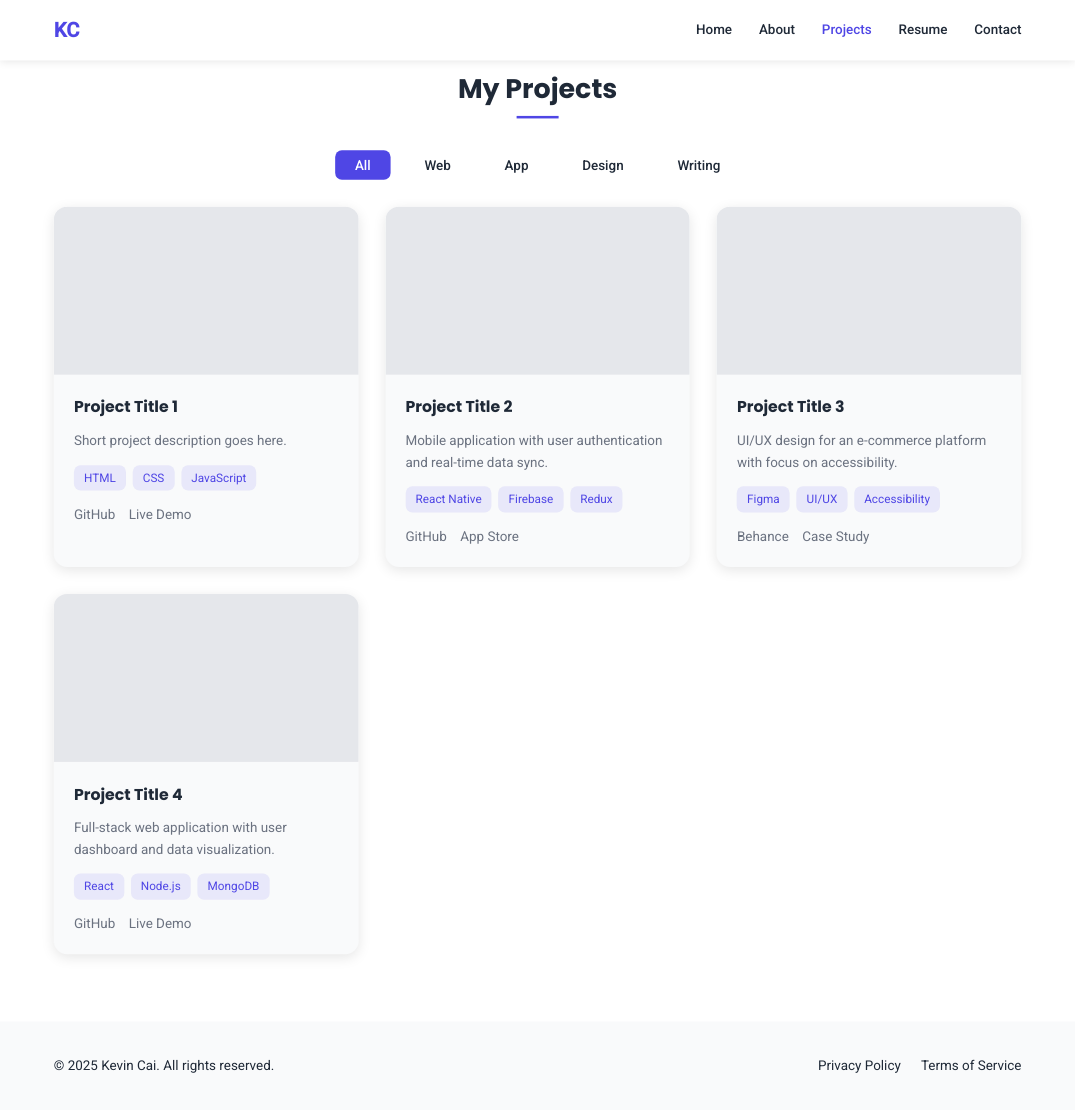
Repository: itskevbo/E-Portfolio
Page: pages/projects.html
An editor plug-in stored every save of this project. The page is shown before and after the next save, followed by the edit.
The browser window is 1280 px wide. The pictures show the whole page, at 84% of full size.

Above is the page before, as saved 2025-04-23 14:24:31.
Console error: ReferenceError: ScrollReveal is not defined

After the next save:
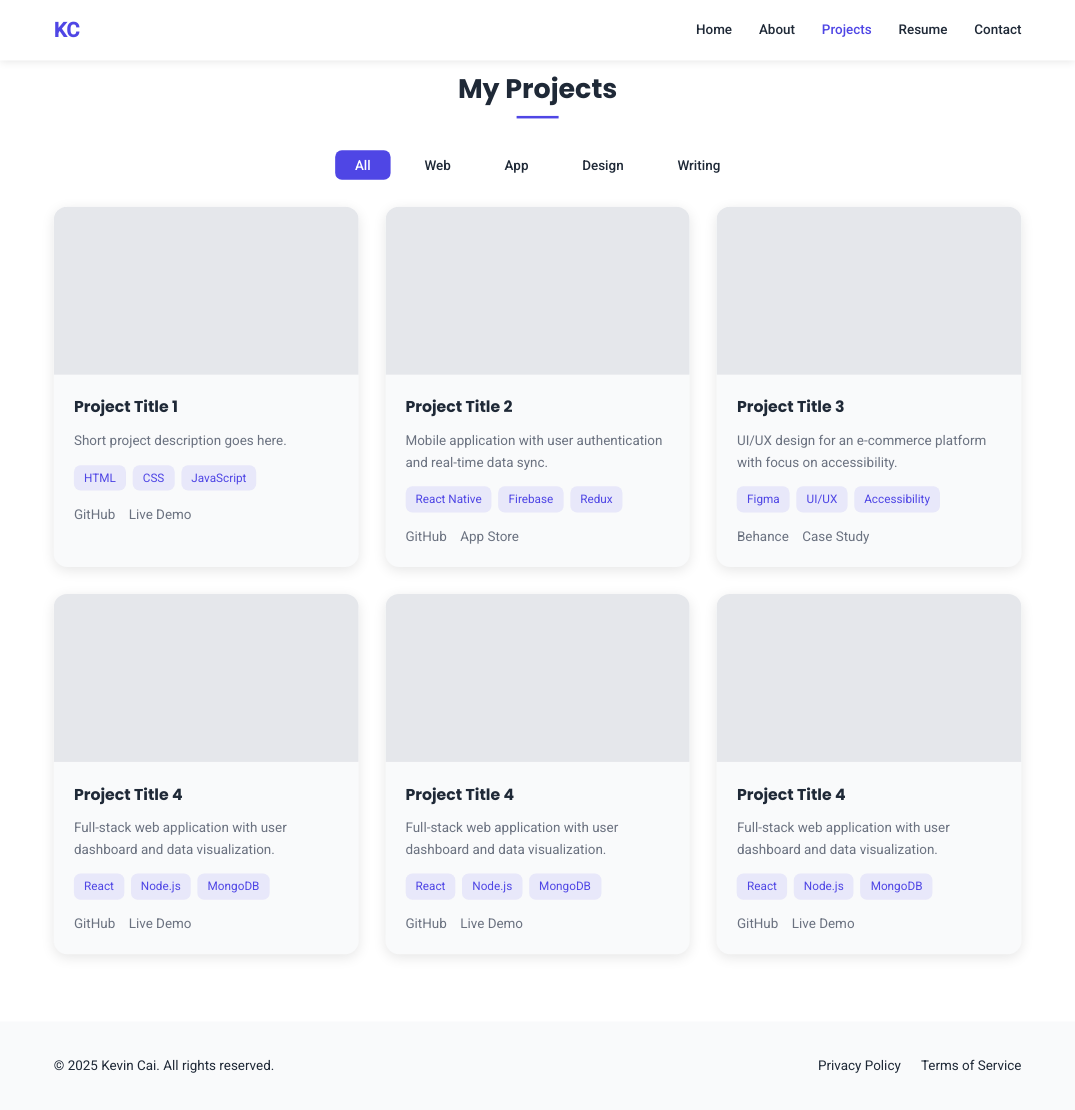
Saved 5 min 52 s later.
--- a/pages/projects.html
+++ b/pages/projects.html
@@ -155,6 +155,56 @@
                             </div>
                         </div>
                     </div>
+
+                    <!-- Project Card Component 4 -->
+                    <div class="project-card" data-category="web">
+                        <div class="project-card__image">
+                            <!-- Placeholder for project image -->
+                            <div class="project-card__image-placeholder"></div>
+                        </div>
+                        <div class="project-card__content">
+                            <h3 class="project-card__title">Project Title 4</h3>
+                            <p class="project-card__description">Full-stack web application with user dashboard and data visualization.</p>
+                            <div class="project-card__tags">
+                                <span class="tag">React</span>
+                                <span class="tag">Node.js</span>
+                                <span class="tag">MongoDB</span>
+                            </div>
+                            <div class="project-card__links">
+                                <a href="#" class="project-card__link" target="_blank">
+                                    <span class="icon">GitHub</span>
+                                </a>
+                                <a href="#" class="project-card__link" target="_blank">
+                                    <span class="icon">Live Demo</span>
+                                </a>
+                            </div>
+                        </div>
+                    </div>
+
+                    <!-- Project Card Component 4 -->
+                    <div class="project-card" data-category="web">
+                        <div class="project-card__image">
+                            <!-- Placeholder for project image -->
+                            <div class="project-card__image-placeholder"></div>
+                        </div>
+                        <div class="project-card__content">
+                            <h3 class="project-card__title">Project Title 4</h3>
+                            <p class="project-card__description">Full-stack web application with user dashboard and data visualization.</p>
+                            <div class="project-card__tags">
+                                <span class="tag">React</span>
+                                <span class="tag">Node.js</span>
+                                <span class="tag">MongoDB</span>
+                            </div>
+                            <div class="project-card__links">
+                                <a href="#" class="project-card__link" target="_blank">
+                                    <span class="icon">GitHub</span>
+                                </a>
+                                <a href="#" class="project-card__link" target="_blank">
+                                    <span class="icon">Live Demo</span>
+                                </a>
+                            </div>
+                        </div>
+                    </div>
                 </div>
             </div>
         </section>
